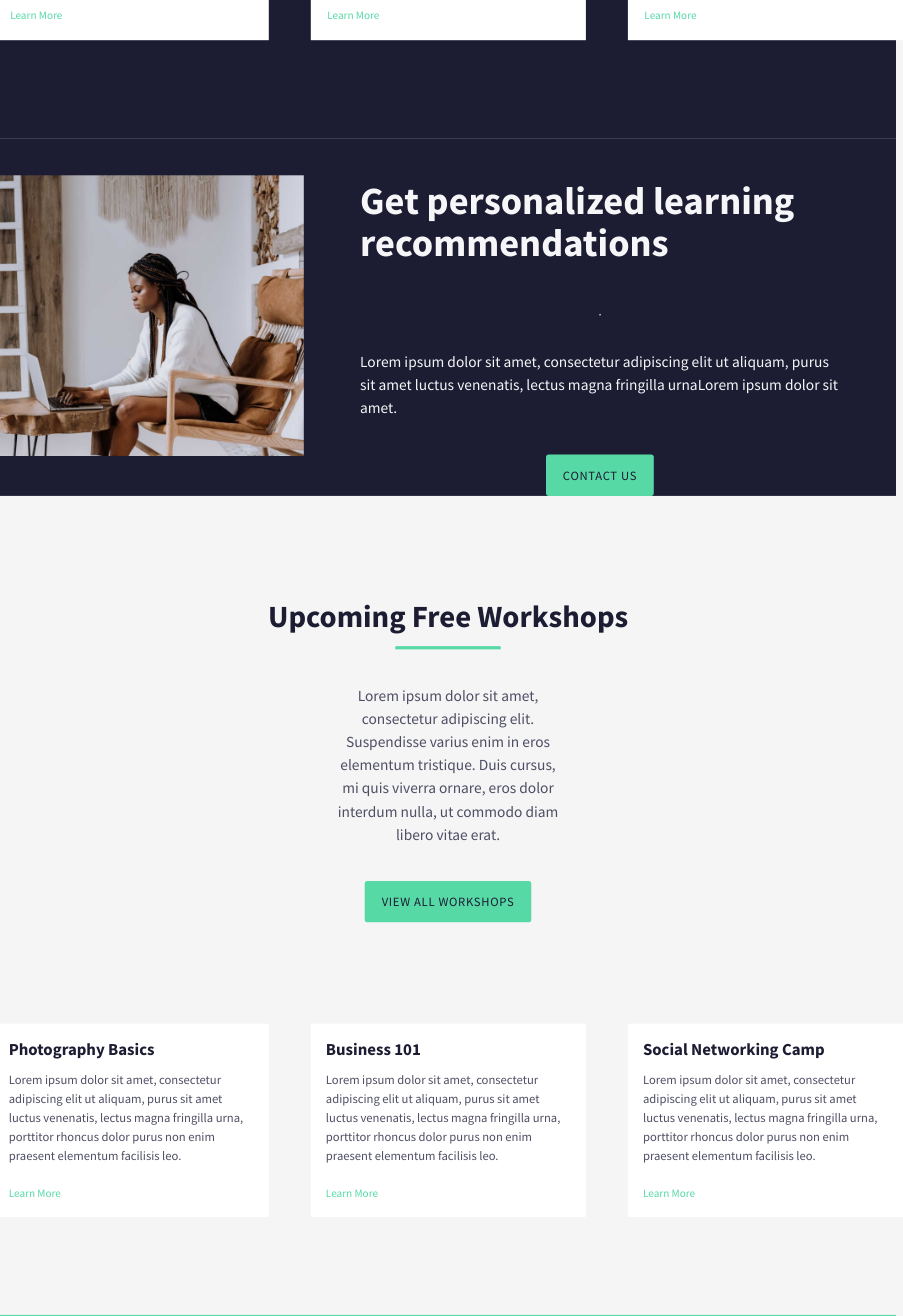
Repository: saidabbasun/skillz
Page: /
These files come from the project's save history. The page is drawn as it stood at one moment and after the next save; the edit follows.
The browser window is 1280 px wide. The page is 1290 px wide, so the pictures cover 1290 px, including what lies to the right of the window. The pictures show the part of the page from y = 2119 to 3999 px (the page is 4507 px tall before and 4525 px after), at 70% of full size.
The project was rebuilt for these pictures with package versions that can differ from the ones it lists, and the page was loaded fresh each time.

Above is the page before, as saved 2022-06-13 14:53:36.

After the next save:
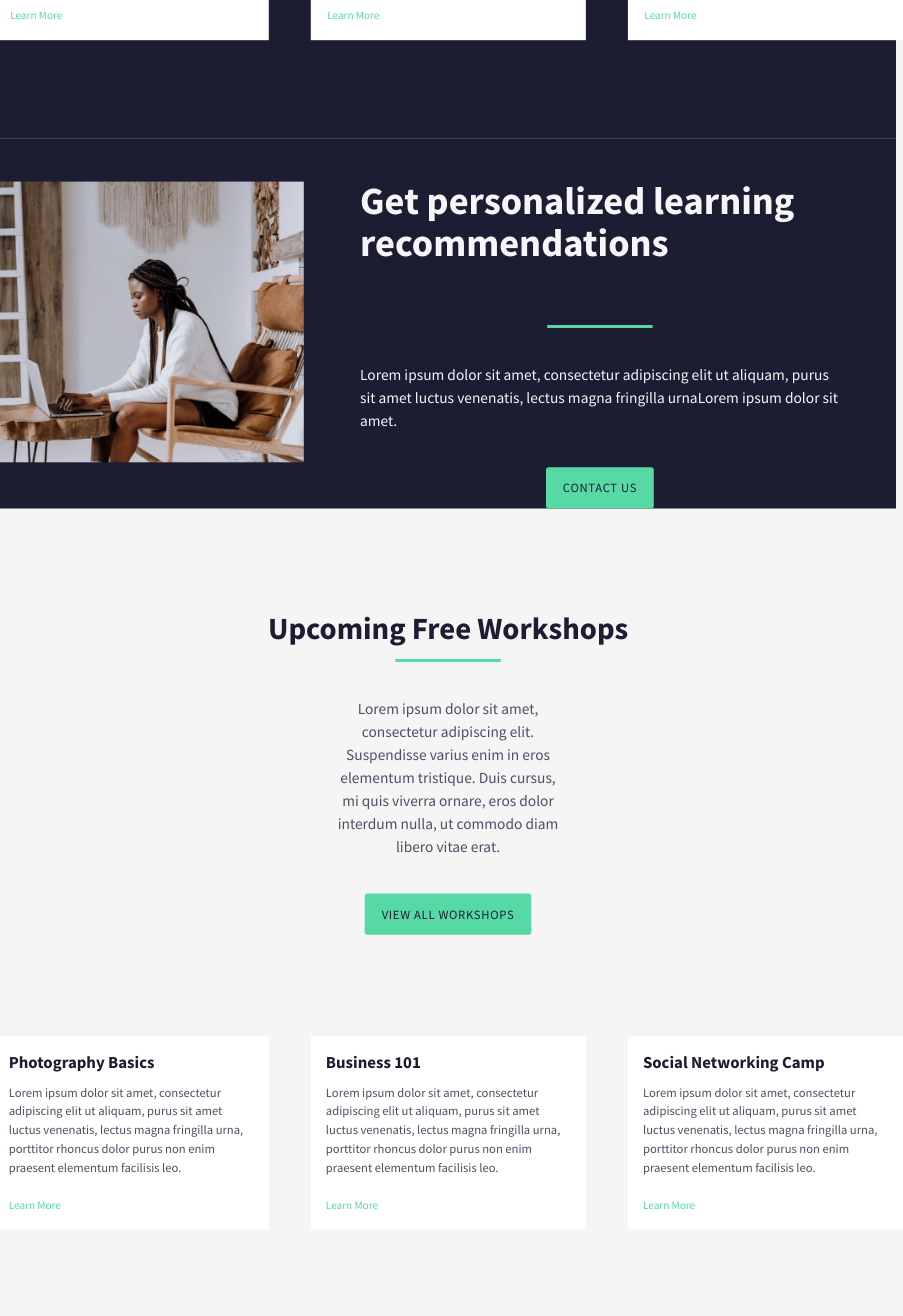
Saved 12 s later.
--- a/src/Components/Courses/Courses.jsx
+++ b/src/Components/Courses/Courses.jsx
@@ -35,7 +35,7 @@ const Courses = () => {
           <p className='homeTitle'>Get personalized learning recommendations
 
           </p>
-          <hr className="couHr" />
+          <hr className="contactHr" />
 
                 <p className="homeText contactText">Lorem ipsum dolor sit amet, consectetur adipiscing elit ut aliquam, purus sit amet luctus venenatis, lectus magna fringilla urnaLorem ipsum dolor sit amet.</p>
 
